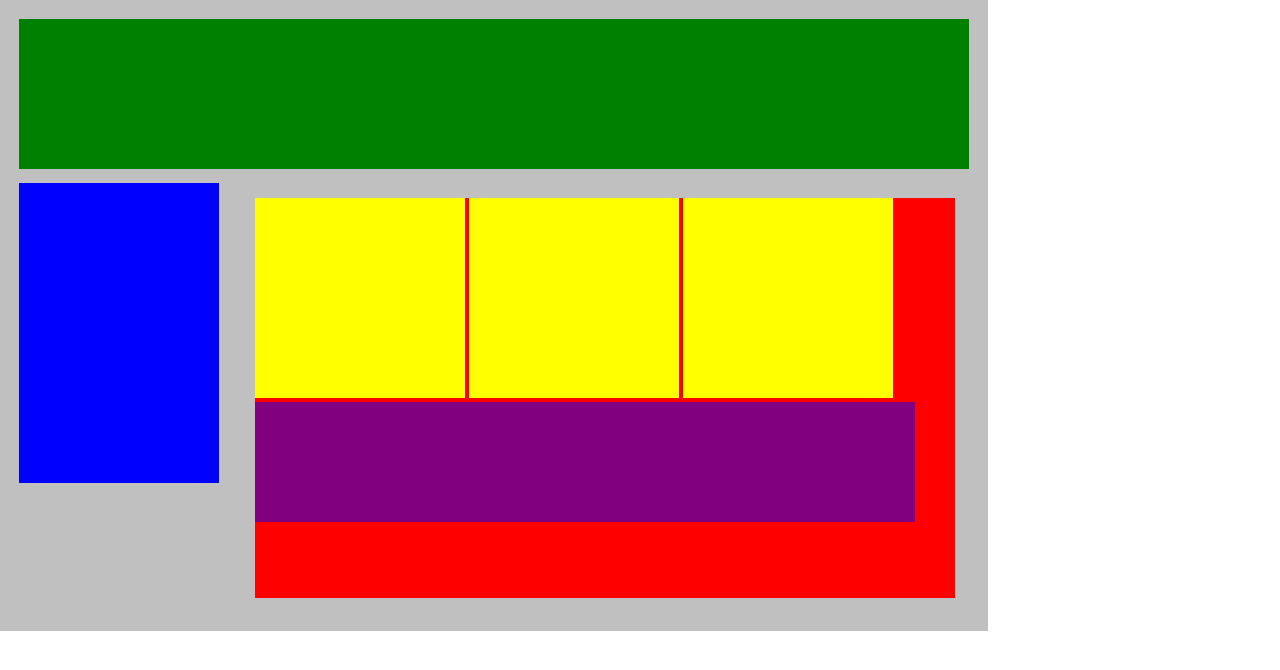
Repository: Fredy452/Fundamentos_de_la_Web
Page: Trabajos/Bloques/index.html
These files come from the project's save history. The page is drawn as it stood at one moment and after the next save; the edit follows.
The browser window is 1280 px wide. The pictures show the whole page.

Above is the page before, as saved 2023-06-16 16:45:34.

After the next save:
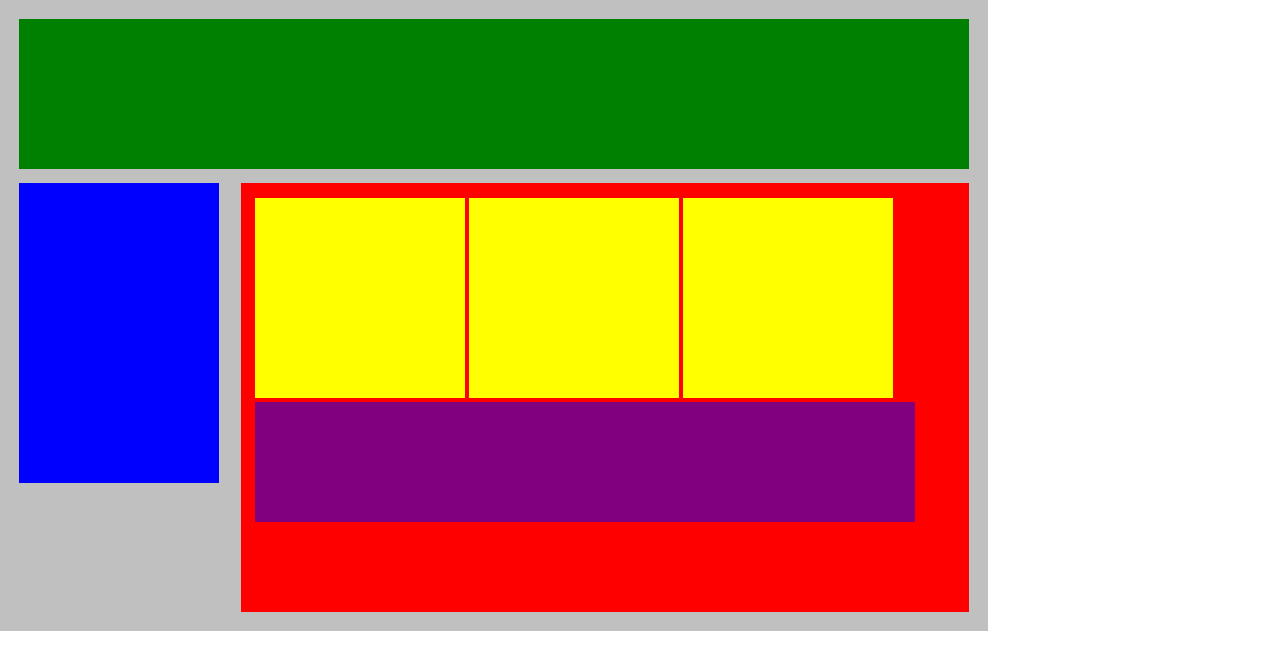
Saved 13 s later.
--- a/Trabajos/Bloques/style.css
+++ b/Trabajos/Bloques/style.css
@@ -23,7 +23,7 @@
 }
 .main{
     float: right;
-    margin: 1.5%;
+    padding: 1.5%;
     height: 400px;
     width: 700px;
     background-color:red;
